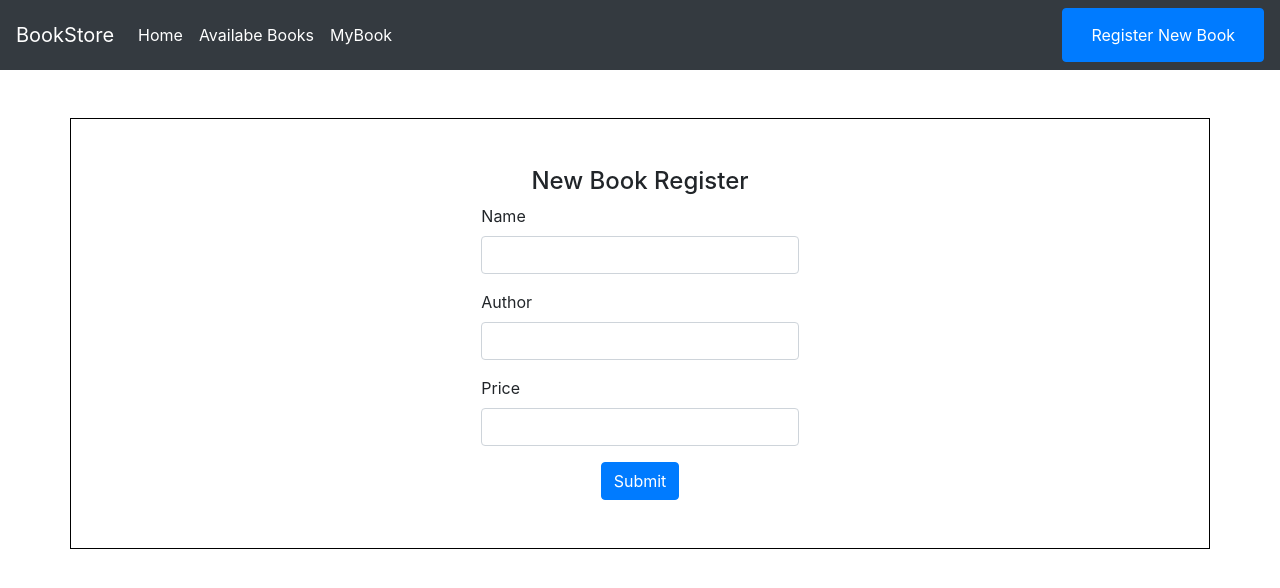
Repository: Sumanta-Sahoo/BookStoreApp
Page: bookstore/src/main/resources/static/bookRegister.html
An editor plug-in stored every save of this project. The page is shown before and after the next save, followed by the edit.
The browser window is 1280 px wide. The pictures show the whole page.

Above is the page before, as saved 2024-03-15 11:41:51.

After the next save:
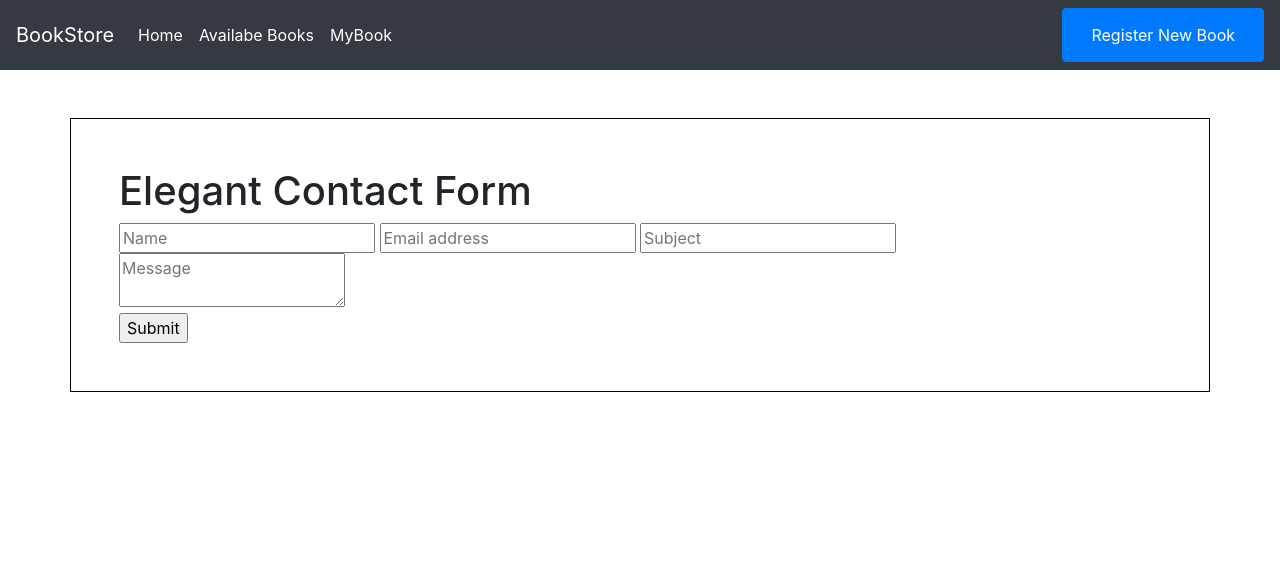
Saved 2 min 13 s later.
--- a/bookstore/src/main/resources/static/bookRegister.html
+++ b/bookstore/src/main/resources/static/bookRegister.html
@@ -42,23 +42,17 @@
 	</nav>
 
 	<div class="container my-5 p-5" style="border:1px solid black;">
-		<h4 class="text-center">New Book Register</h4>
-		<form class="col-md-4 offset-md-4" th:action="@{/save}" method="post">
-			<div class="mb-3">
-				<label for="name" class="form-label">Name
-					</label> <input type="text" class="form-control" name="name">
+		<h1>Elegant Contact Form</h1>
+		<form class="cf">
+			<div class="half left cf">
+				<input type="text" id="input-name" placeholder="Name">
+				<input type="email" id="input-email" placeholder="Email address">
+				<input type="text" id="input-subject" placeholder="Subject">
 			</div>
-
-			<div class="mb-3">
-				<label for="author" class="form-label">Author
-					</label> <input type="text" class="form-control" name="author">
+			<div class="half right cf">
+				<textarea name="message" type="text" id="input-message" placeholder="Message"></textarea>
 			</div>
-			<div class="mb-3">
-				<label for="price" class="form-label">Price
-					</label> <input type="text" class="form-control" name="price">
-			</div>
-
-			<center><button type="submit" class="btn btn-primary">Submit</button></center>
+			<input type="submit" value="Submit" id="input-submit">
 		</form>
 	</div>
 	<!--
